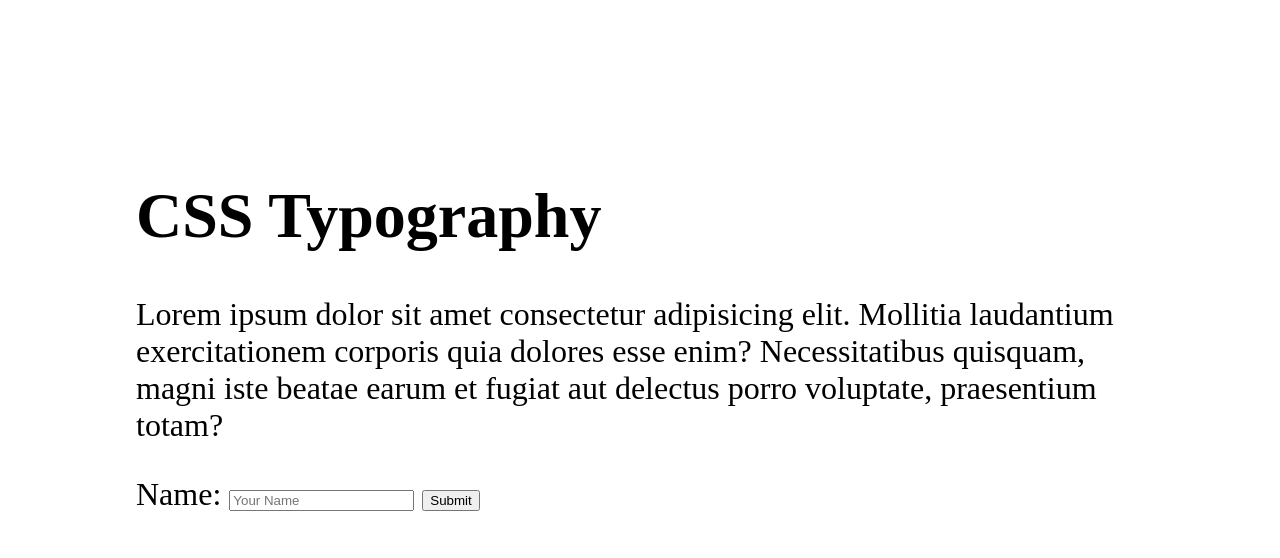
Repository: madhurik9999/Css
Page: index.html
The author's editor kept a copy of each file at every save. The page is drawn from the files as they stood at one save, then again after the next save.
The browser window is 1280 px wide. The pictures show the whole page.

Above is the page before, as saved 2023-12-10 13:18:18.

After the next save:
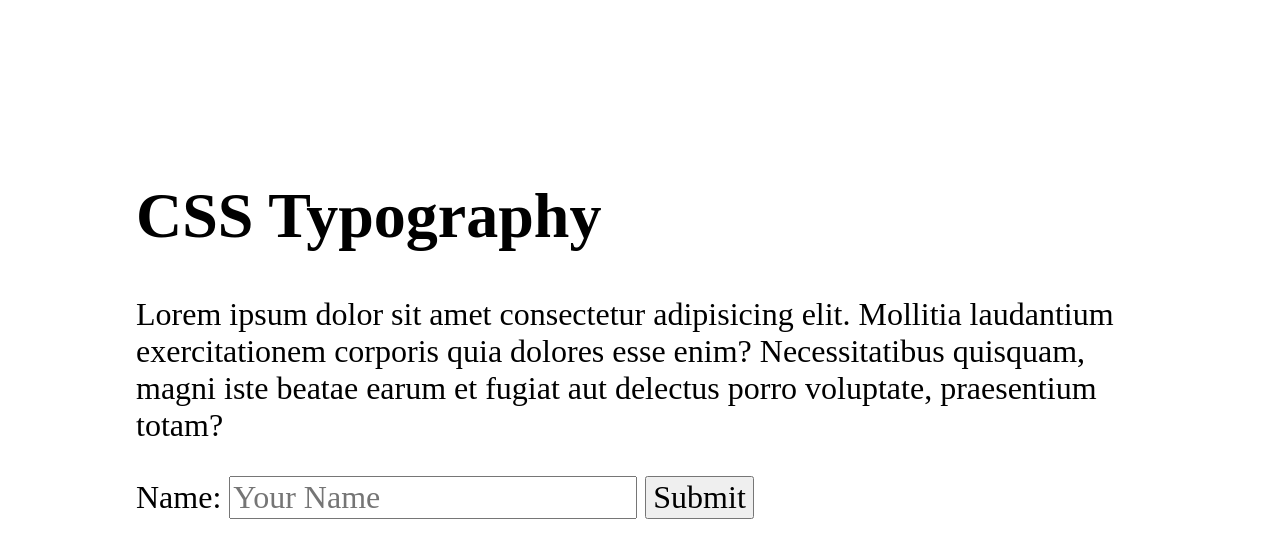
Saved 71 s later.
--- a/styles/style.css
+++ b/styles/style.css
@@ -3,3 +3,8 @@ body {
     padding: 10%;
     font-size: 2rem;
 }
+
+input,
+button {
+    font: inherit;
+}
